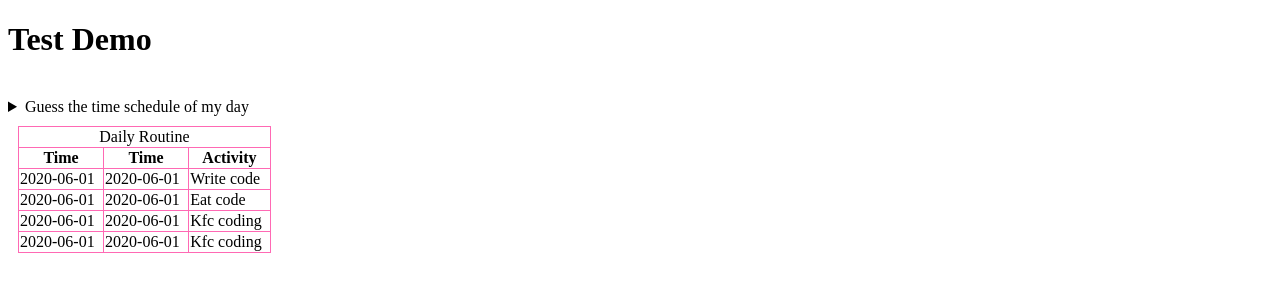
Repository: cavidk/taco_shop-web
Page: html basics/index.html
The author's editor kept a copy of each file at every save. The page is drawn from the files as they stood at one save, then again after the next save.
The browser window is 1280 px wide. The pictures show the whole page.

Above is the page before, as saved 2024-06-07 16:36:46.

### html basics/index.html
<!DOCTYPE html>
<html lang="en">

<head>
   <meta charset="UTF-8">
   <meta name="viewport" content="width=device-width, initial-scale=1.0">
   <link rel="stylesheet" href="style.css" type="text/css">
   </link>
   <title>Document</title>
</head>

<body>
   <h1>Test Demo</h1>
   <br>
   <aside>
      <details>
         <summary>Guess the time schedule of my day</summary>
         <p>Details</p>

   </aside>


   <table border="2">

      <td id="head1" colspan="3">Daily Routine</td>
      <tr>
         <th>Time</th>
         <th>Time</th>
         <th>Activity</th>
      <tr id="border1">
         <td>
            <time datetime="2020-06-01">2020-06-01</time>
           </td>
             <td>
            <time datetime="11:00">2020-06-01</datetime>
         </td>
         <td>Write code</td>
      </tr>

      <tr>
         <td>
            <time datetime="2020-06-01">2020-06-01</time>
           </td>
           <td>
            <time datetime="11:00">2020-06-01</datetime>
           </td
         </td>
         <td>Eat code</td>
      </tr>

      <tr>
         <td>
            <time datetime="2020-06-01">2020-06-01</time>
           </td>
             <td>
            <time datetime="11:00">2020-06-01</datetime>
         </td>
         <td>Kfc coding</td>
      </tr>

      <tr>
         <td>
            <time datetime="2020-06-01">2020-06-01</time>
           </td>
             <td>
            <time datetime="11:00">2020-06-01</datetime>
         </td>
         <td>Kfc coding</td>
      </tr>
   </table>

</body>

</html>

### html basics/style.css
table{
      width: 20%;
      border-collapse: collapse;
      margin: 10px;
      padding: 10px;;
      border-radius: 50px;
      border: none;
      border-color: hotpink
}

#head1{

    text-align: center;
}

After the next save:
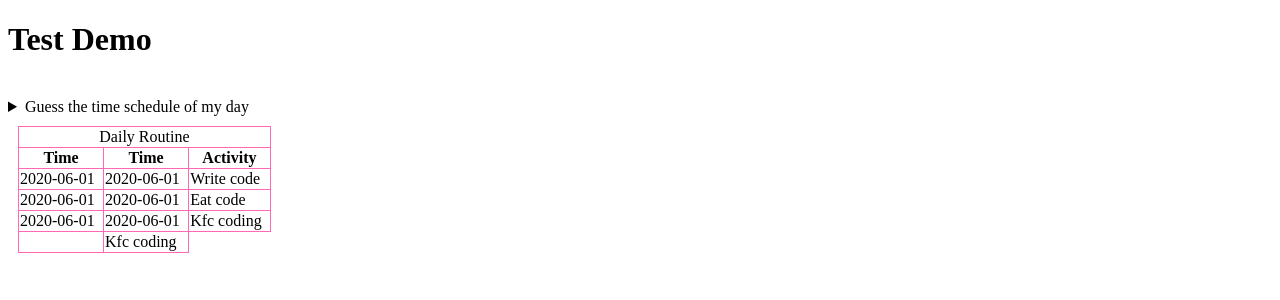
Saved 2 min 56 s later.
--- a/html basics/index.html
+++ b/html basics/index.html
@@ -60,10 +60,7 @@
 
       <tr>
          <td>
-            <time datetime="2020-06-01">2020-06-01</time>
-           </td>
-             <td>
-            <time datetime="11:00">2020-06-01</datetime>
+
          </td>
          <td>Kfc coding</td>
       </tr>
